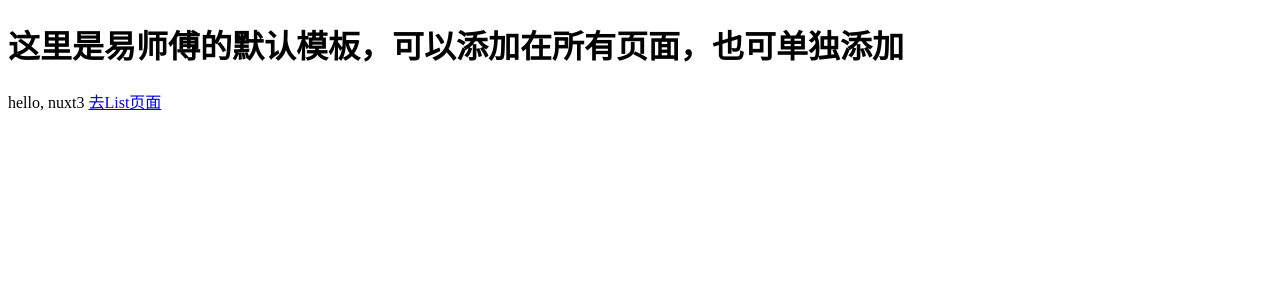
Repository: think9326/ThinkCloud
Page: /
The author's editor kept a copy of each file at every save. The page is drawn from the files as they stood at one save, then again after the next save.
The browser window is 1280 px wide. The pictures show the whole page.
The project was rebuilt for these pictures with package versions that can differ from the ones it lists, and the page was loaded fresh each time. The framework's server and built-in components were replaced by stand-ins that run in the browser. Also part of the build but not shown: nuxt.config.ts, src/components/formComponent/textField.vue, src/components/login/loginForm.vue.

Above is the page before, as saved 2023-12-13 14:31:14.

After the next save:
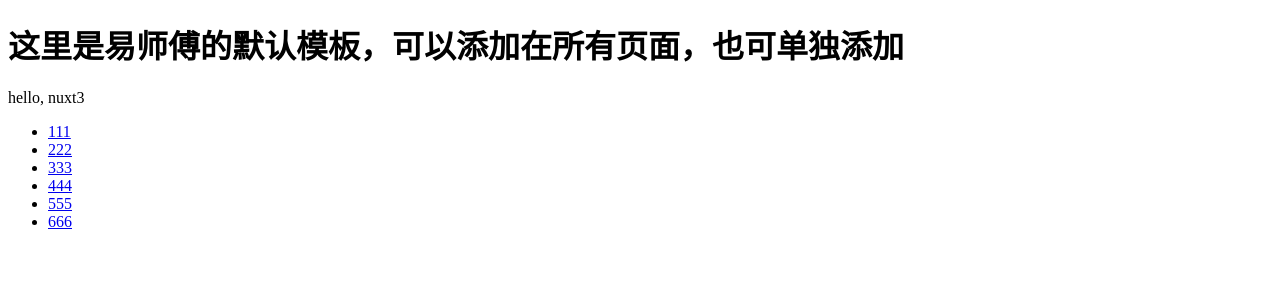
Saved 2 min 49 s later.
--- a/src/pages/index.vue
+++ b/src/pages/index.vue
@@ -1,7 +1,7 @@
 <template>
   <div>
     hello, nuxt3
-    <NuxtLink to="/list">去List页面</NuxtLink>
+    <ListItem></ListItem>
   </div>
 </template>
 
